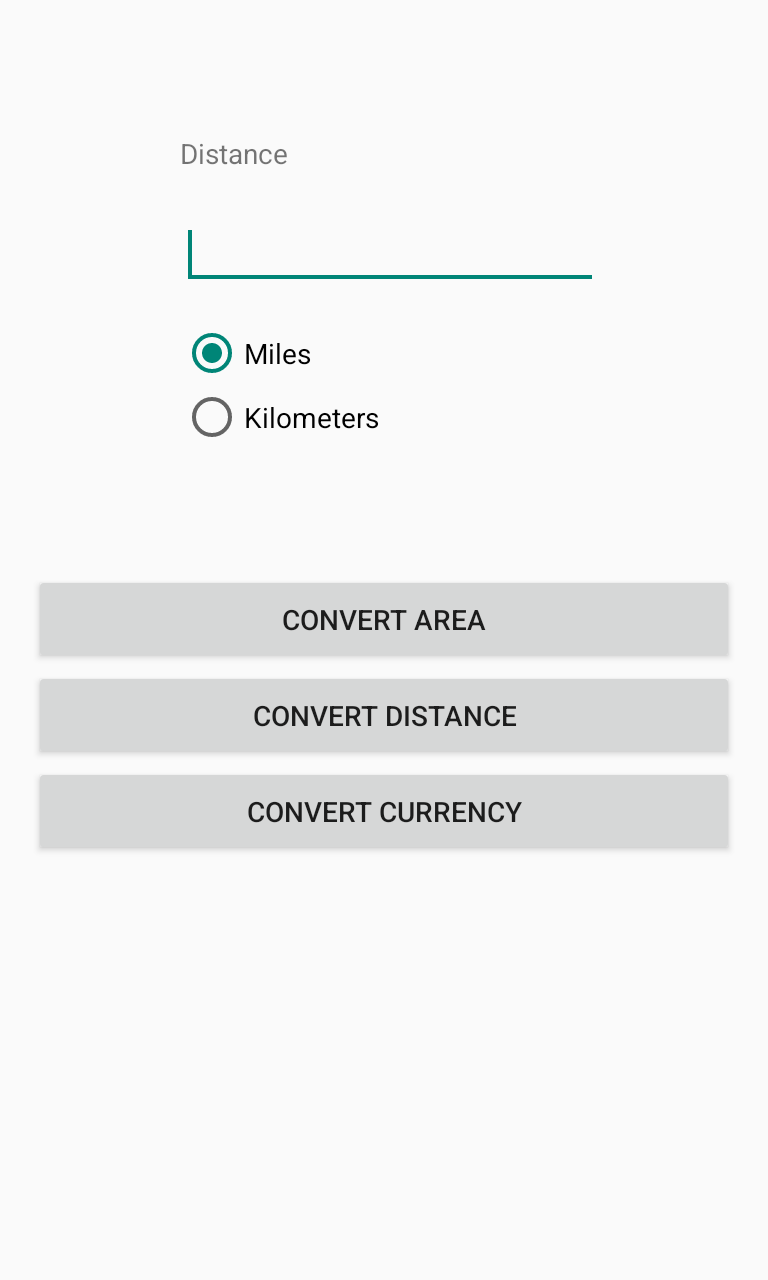
Repository: awayzo/6300Fall14Assignment4
Layout: UnitConvertor/res/layout/activity_main.xml
An editor plug-in stored every save of this project. The layout is shown before and after the next save, followed by the edit.
It is drawn on a 768 x 1280 px phone screen (xhdpi) without system bars, with theme AppTheme; the app's code is not run.

Above is the layout before, as saved 2014-09-26 19:07:16.

### UnitConvertor/res/layout/activity_main.xml
<RelativeLayout xmlns:android="http://schemas.android.com/apk/res/android"
    xmlns:tools="http://schemas.android.com/tools"
    android:layout_width="match_parent"
    android:layout_height="match_parent"
    android:gravity="fill_horizontal"
    android:paddingBottom="@dimen/activity_vertical_margin"
    android:paddingLeft="@dimen/activity_horizontal_margin"
    android:paddingRight="@dimen/activity_horizontal_margin"
    android:paddingTop="@dimen/activity_vertical_margin"
    tools:context="edu.gatech.seclass.unitconvertor.MainActivity" >

    <EditText
        android:id="@+id/txt1"
        android:layout_width="wrap_content"
        android:layout_height="wrap_content"
        android:layout_alignLeft="@+id/lblTitle"
        android:layout_below="@+id/lblTitle"
        android:layout_marginTop="19dp"
        android:ems="10"
        android:inputType="numberDecimal" >

        <requestFocus />
    </EditText>

    <RadioGroup
        android:id="@+id/radioGroup1"
        android:layout_width="wrap_content"
        android:layout_height="wrap_content"
        android:layout_alignLeft="@+id/txt1"
        android:layout_below="@+id/txt1"
        android:layout_marginTop="14dp" >

        <RadioButton
            android:id="@+id/radio0"
            android:layout_width="wrap_content"
            android:layout_height="wrap_content"
            android:checked="true"
            android:onClick="handleClick"
            android:text="@string/miles" />

        <RadioButton
            android:id="@+id/radio1"
            android:layout_width="wrap_content"
            android:layout_height="wrap_content"
            android:onClick="handleClick"
            android:text="@string/km" />
    </RadioGroup>

    <TextView
        android:id="@+id/lblTitle"
        android:layout_width="wrap_content"
        android:layout_height="wrap_content"
        android:layout_alignParentLeft="true"
        android:layout_alignParentTop="true"
        android:layout_marginLeft="74dp"
        android:layout_marginTop="51dp"
        android:text="@string/lblDistance" />

    <Button
        android:id="@+id/btnCurrency"
        android:layout_width="match_parent"
        android:layout_height="wrap_content"
        android:layout_below="@+id/btnDistance"
        android:layout_centerHorizontal="true"
        android:text="Convert Currency"
        />

    <Button
        android:id="@+id/btnArea"
        android:layout_width="match_parent"
        android:layout_height="wrap_content"
        android:layout_alignLeft="@+id/btnDistance"
        android:layout_below="@+id/radioGroup1"
        android:layout_marginTop="61dp"

        android:text="Convert Area" />

    <Button
        android:id="@+id/btnDistance"
        android:layout_width="match_parent"
        android:layout_height="wrap_content"
        android:layout_alignLeft="@+id/btnCurrency"
        android:layout_below="@+id/btnArea"
        android:text="Convert Distance"
        />

</RelativeLayout>

### UnitConvertor/res/values/strings.xml
<?xml version="1.0" encoding="utf-8"?>
<resources>

    <string name="app_name">Unit Convertor</string>
    <string name="action_settings">Settings</string>
    <string name="miles">Miles</string>
    <string name="km">Kilometers</string>
    <string name="lblDistance">Distance</string>
    <string name="title_activity_distance">DistanceActivity</string>
    <string name="hello_world">Hello world!</string>
    <string name="title_activity_currency">CurrencyActivity</string>
    <string name="title_activity_area">AreaActivity</string>
    <string name="title_btn_Calc">Calculate</string>

</resources>

Loaded but not shown: UnitConvertor/res/values/styles.xml (common file); UnitConvertor/res/values-v11/styles.xml (common file); UnitConvertor/res/values-v14/styles.xml (common file); UnitConvertor/res/values/dimens.xml (common file); UnitConvertor/res/values-w820dp/dimens.xml (common file)

After the next save:
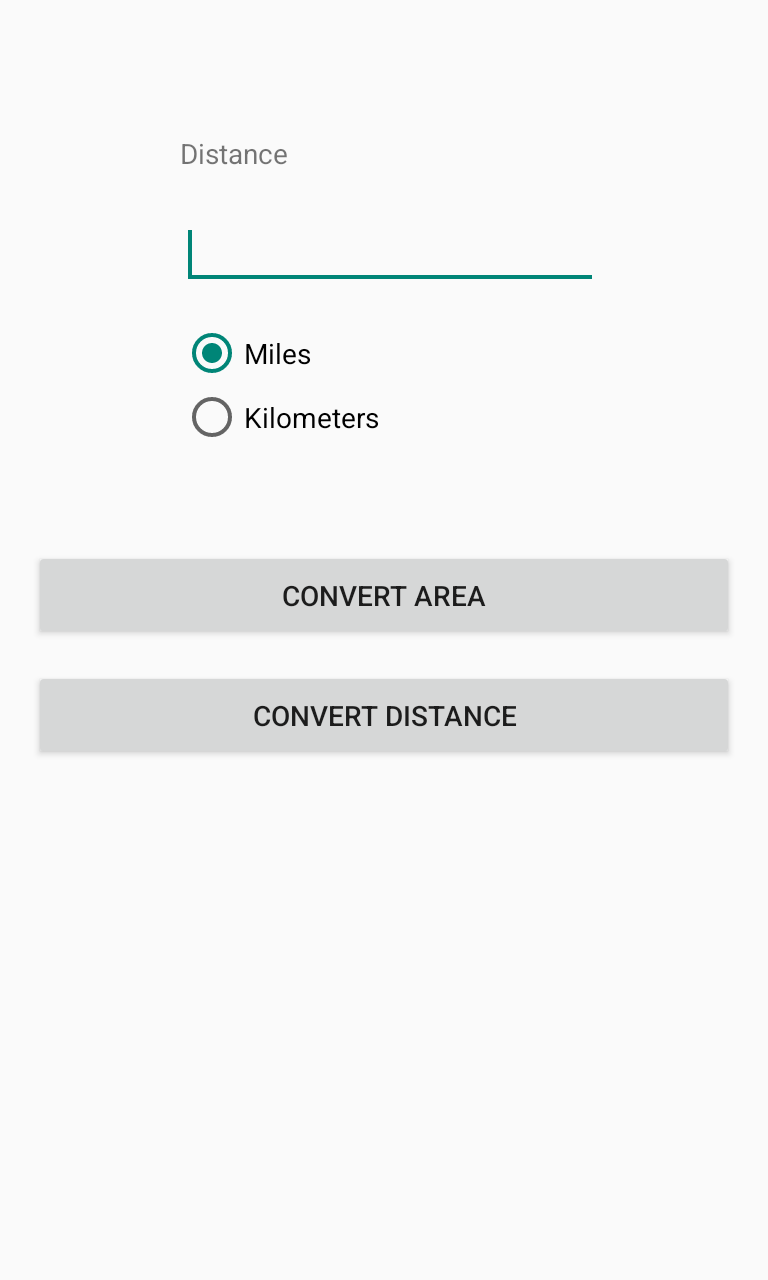
Saved 2 min 12 s later.
--- a/UnitConvertor/res/layout/activity_main.xml
+++ b/UnitConvertor/res/layout/activity_main.xml
@@ -2,7 +2,6 @@
     xmlns:tools="http://schemas.android.com/tools"
     android:layout_width="match_parent"
     android:layout_height="match_parent"
-    android:gravity="fill_horizontal"
     android:paddingBottom="@dimen/activity_vertical_margin"
     android:paddingLeft="@dimen/activity_horizontal_margin"
     android:paddingRight="@dimen/activity_horizontal_margin"
@@ -44,6 +43,7 @@
             android:layout_height="wrap_content"
             android:onClick="handleClick"
             android:text="@string/km" />
+
     </RadioGroup>
 
     <TextView
@@ -57,31 +57,22 @@
         android:text="@string/lblDistance" />
 
     <Button
-        android:id="@+id/btnCurrency"
-        android:layout_width="match_parent"
-        android:layout_height="wrap_content"
-        android:layout_below="@+id/btnDistance"
-        android:layout_centerHorizontal="true"
-        android:text="Convert Currency"
-        />
-
-    <Button
         android:id="@+id/btnArea"
         android:layout_width="match_parent"
         android:layout_height="wrap_content"
-        android:layout_alignLeft="@+id/btnDistance"
+        android:layout_alignParentLeft="true"
         android:layout_below="@+id/radioGroup1"
-        android:layout_marginTop="61dp"
-
-        android:text="Convert Area" />
+        android:layout_marginTop="49dp"
+        android:text="Convert Area"
+        android:onClick="goToActivity"/>
 
     <Button
         android:id="@+id/btnDistance"
         android:layout_width="match_parent"
         android:layout_height="wrap_content"
-        android:layout_alignLeft="@+id/btnCurrency"
         android:layout_below="@+id/btnArea"
-        android:text="Convert Distance"
-        />
+        android:layout_centerHorizontal="true"
+        android:layout_marginTop="12dp"
+        android:text="Convert Distance" />
 
 </RelativeLayout>

After the save that followed:
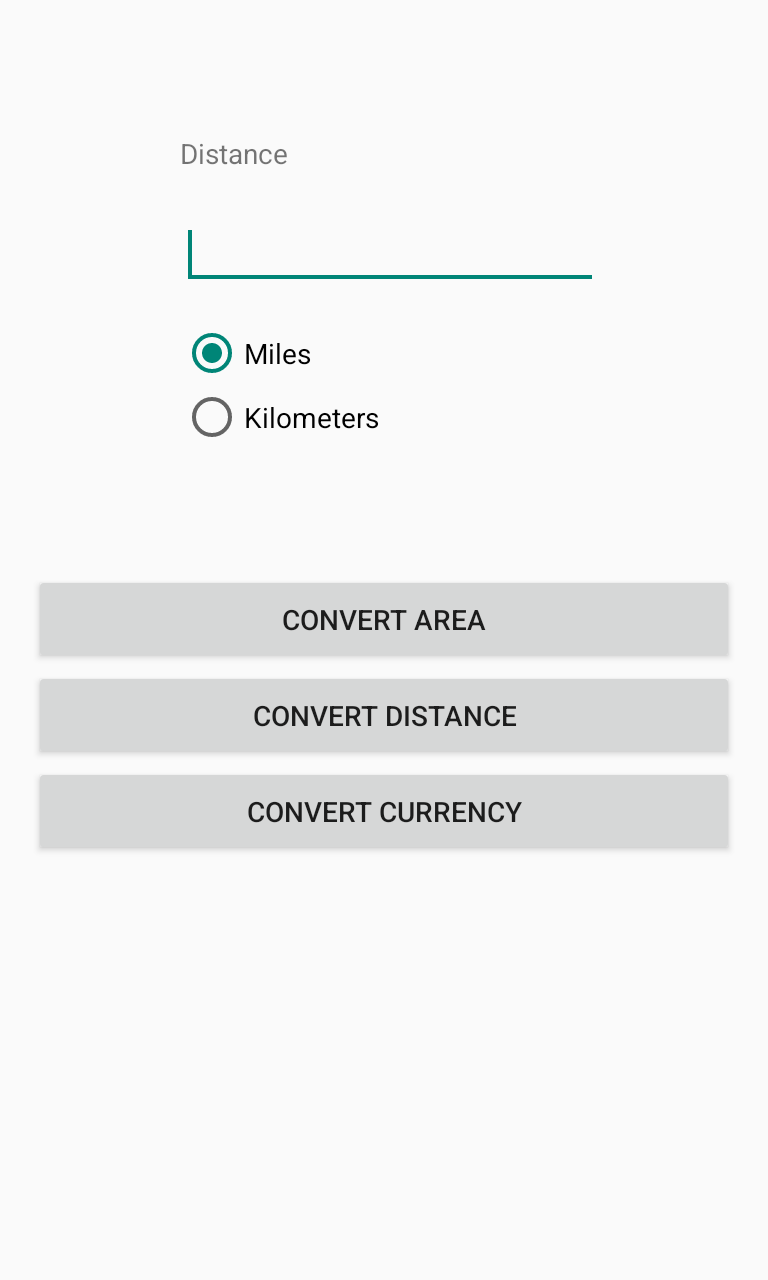
Saved 98 s later.
--- a/UnitConvertor/res/layout/activity_main.xml
+++ b/UnitConvertor/res/layout/activity_main.xml
@@ -2,6 +2,7 @@
     xmlns:tools="http://schemas.android.com/tools"
     android:layout_width="match_parent"
     android:layout_height="match_parent"
+    android:gravity="fill_horizontal"
     android:paddingBottom="@dimen/activity_vertical_margin"
     android:paddingLeft="@dimen/activity_horizontal_margin"
     android:paddingRight="@dimen/activity_horizontal_margin"
@@ -43,7 +44,6 @@
             android:layout_height="wrap_content"
             android:onClick="handleClick"
             android:text="@string/km" />
-
     </RadioGroup>
 
     <TextView
@@ -57,22 +57,30 @@
         android:text="@string/lblDistance" />
 
     <Button
+        android:id="@+id/btnCurrency"
+        android:layout_width="match_parent"
+        android:layout_height="wrap_content"
+        android:layout_below="@+id/btnDistance"
+        android:layout_centerHorizontal="true"
+        android:text="Convert Currency" />
+
+    <Button
         android:id="@+id/btnArea"
         android:layout_width="match_parent"
         android:layout_height="wrap_content"
-        android:layout_alignParentLeft="true"
+        android:layout_alignLeft="@+id/btnDistance"
         android:layout_below="@+id/radioGroup1"
-        android:layout_marginTop="49dp"
-        android:text="Convert Area"
-        android:onClick="goToActivity"/>
+        android:layout_marginTop="61dp"
+        android:onClick="goToActivity"
+        android:text="Convert Area" />
 
     <Button
         android:id="@+id/btnDistance"
         android:layout_width="match_parent"
         android:layout_height="wrap_content"
+        android:layout_alignLeft="@+id/btnCurrency"
         android:layout_below="@+id/btnArea"
-        android:layout_centerHorizontal="true"
-        android:layout_marginTop="12dp"
-        android:text="Convert Distance" />
+        android:text="Convert Distance"
+        android:onClick="goToActivity"/>
 
 </RelativeLayout>
